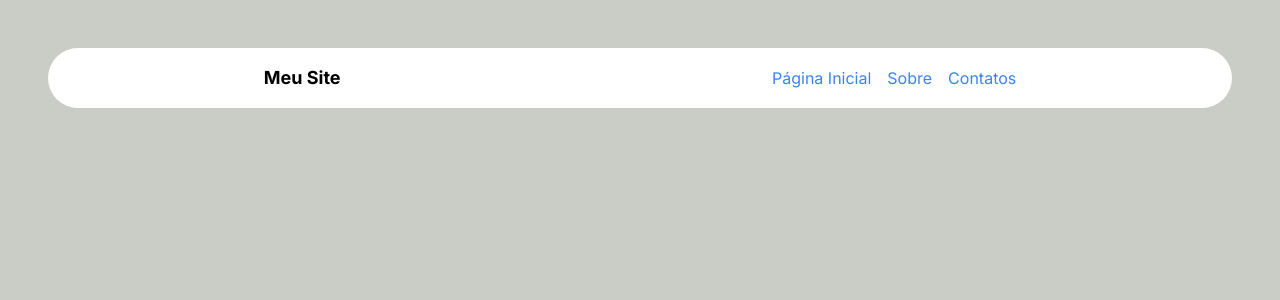
Repository: Deyvid-Kasteh/kasteh_portfolio
Page: /
The author's editor kept a copy of each file at every save. The page is drawn from the files as they stood at one save, then again after a run of saves.
The browser window is 1280 px wide. The pictures show the whole page.
The project was rebuilt for these pictures with package versions that can differ from the ones it lists, and the page was loaded fresh each time. The framework's server and built-in components were replaced by stand-ins that run in the browser. Also part of the build but not shown: next.config.mjs.

Above is the page before, as saved 2024-03-24 02:22:20.

### src/app/layout.tsx
import type { Metadata } from "next";
import { Inter } from "next/font/google";
import "./globals.css";

const inter = Inter({ subsets: ["latin"] });

export const metadata: Metadata = {
  title: "Create Next App",
  description: "Generated by create next app",
};

export default function RootLayout({
  children,
}: Readonly<{
  children: React.ReactNode;
}>) {
  return (
    <html lang="pt-br">
      <body
        className={`bg-customGrayBG ${inter.className} p-4 sm:p-6 md:p-8 lg:p-10 xl:p-12`}
      >
        {children}
      </body>
    </html>
  );
}

### src/app/page.tsx
import Header from "./components/header";

export default function Home() {
  return (
    <>
      <Header />
      <main></main>
      <footer></footer>
    </>
    // <main className="bg-neutral-200 flex min-h-screen flex-col items-center justify-between p-24">

    // </main>
  );
}

### src/app/globals.css
@tailwind base;
@tailwind components;
@tailwind utilities;

:root {
  --foreground-rgb: 0, 0, 0;
  --background-start-rgb: 214, 219, 220;
  --background-end-rgb: 0, 0, 0;
}

/* @media (prefers-color-scheme: dark) {
  :root {
    --foreground-rgb: 255, 255, 255;
    --background-start-rgb: 0, 0, 0;
    --background-end-rgb: 0, 0, 0;
  }
} */

body {
  color: rgb(var(--foreground-rgb));
  /* background: linear-gradient(
      to bottom,
      transparent,
      rgb(var(--background-end-rgb))
    )
    rgb(var(--background-start-rgb)); */
}



@layer utilities {
  .text-balance {
    text-wrap: balance;
  }
}

### src/app/components/header.tsx
import React from "react";

const Header: React.FC = () => {
  return (
    <header className="flex justify-around items-center py-4 bg-white rounded-full">
      <h1 className="text-lg font-bold">Meu Site</h1>
      <nav>
        <ul className="flex space-x-4">
          <li>
            <a href="#" className="text-blue-500 hover:text-blue-700">
              Página Inicial
            </a>
          </li>
          <li>
            <a href="#" className="text-blue-500 hover:text-blue-700">
              Sobre
            </a>
          </li>
          <li>
            <a href="#" className="text-blue-500 hover:text-blue-700">
              Contatos
            </a>
          </li>
        </ul>
      </nav>
    </header>
  );
};

export default Header;

### tailwind.config.ts
import type { Config } from "tailwindcss";

const config: Config = {
  content: [
    "./src/pages/**/*.{js,ts,jsx,tsx,mdx}",
    "./src/components/**/*.{js,ts,jsx,tsx,mdx}",
    "./src/app/**/*.{js,ts,jsx,tsx,mdx}",
  ],
  theme: {
    extend: {
      backgroundImage: {
        "gradient-radial": "radial-gradient(var(--tw-gradient-stops))",
        "gradient-conic":
          "conic-gradient(from 180deg at 50% 50%, var(--tw-gradient-stops))",
      },
      colors: {
        customGrayBG: "#CACCC6", // Definindo o background color
        customGrayComponents: "#CACCC6",
      },
    },
  },
  plugins: [],
};
export default config;

After the next 2 saves:
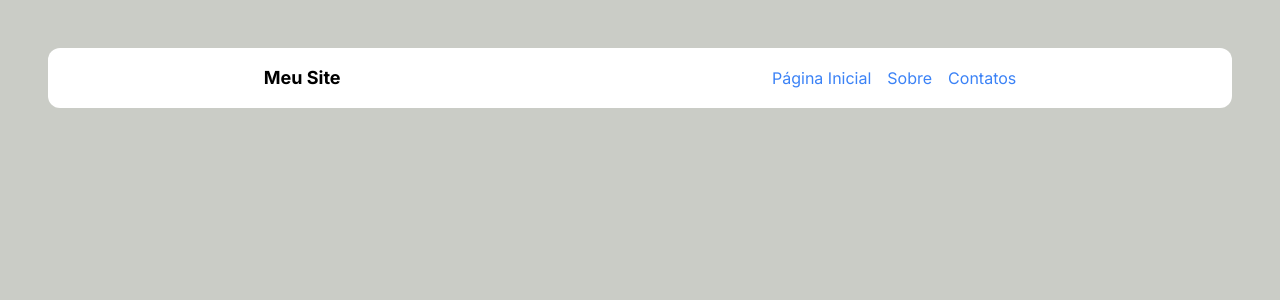
The 2 saves are shown as one change because they came seconds apart.
The last was saved 9 s later.
--- a/src/app/components/header.tsx
+++ b/src/app/components/header.tsx
@@ -2,7 +2,7 @@ import React from "react";
 
 const Header: React.FC = () => {
   return (
-    <header className="flex justify-around items-center py-4 bg-white rounded-full">
+    <header className="flex justify-around items-center py-4 bg-white rounded-xl">
       <h1 className="text-lg font-bold">Meu Site</h1>
       <nav>
         <ul className="flex space-x-4">
